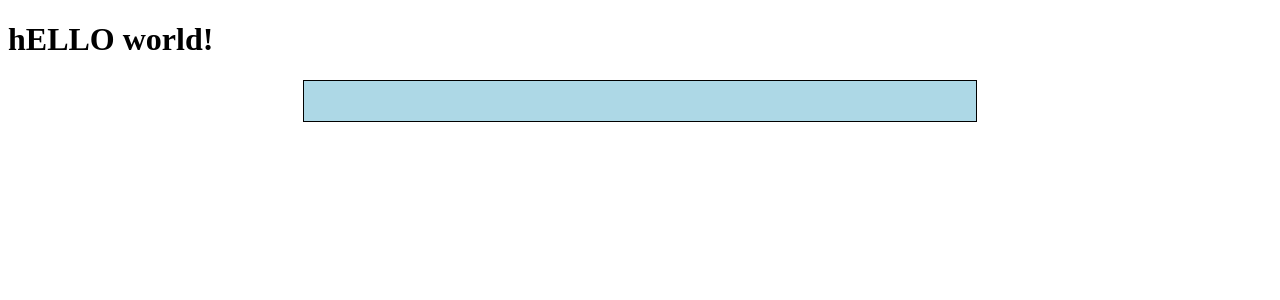
Repository: BlueBubbleWei/java
Page: http://localhost/MyWeb/
These files come from the project's save history. The page is drawn as it stood at one moment and after the next save; the edit follows.
The browser window is 1280 px wide. The pictures show the whole page.
The page is served by Tomcat 9. Other server files are loaded and not shown.

Above is the page before, as saved 2017-04-14 01:00:56.

### workspace/MyWeb/WebContent/index.jsp

<%@ page language="java" contentType="text/html; charset=ISO-8859-1"
    pageEncoding="ISO-8859-1"%>
<!DOCTYPE html PUBLIC "-//W3C//DTD HTML 4.01 Transitional//EN" "http://www.w3.org/TR/html4/loose.dtd">
<html>
<head>
<meta http-equiv="Content-Type" content="text/html; charset=ISO-8859-1">
<title>Insert title here</title>
<style>
	.content{
		width:50%;
		height:50%;
		margin:0 auto;
		border:1px solid #000;
		background:lightblue;
		padding:20px;
	}
</style>
</head>
<body>
<h1>hELLO world!</h1>
	<div class="content">
		<form>
		</form>
	</div>

</body>
</html>

After the next save:
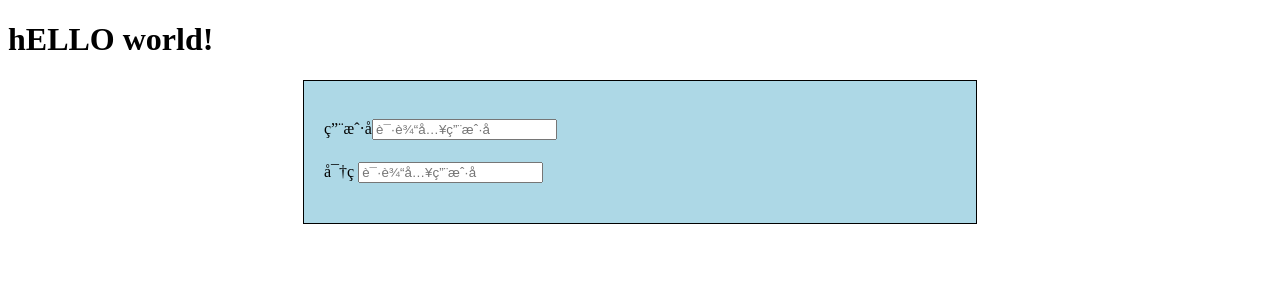
Saved 99 s later.
--- a/workspace/MyWeb/WebContent/index.jsp
+++ b/workspace/MyWeb/WebContent/index.jsp
@@ -21,6 +21,8 @@
 <h1>hELLO world!</h1>
 	<div class="content">
 		<form>
+		<p><span>用户名</span><input type="text" placeholder="请输入用户名"  /></p>
+		<p><span>密码</span><input type="text" placeholder="请输入用户名"  /></p>
 		</form>
 	</div>
 
